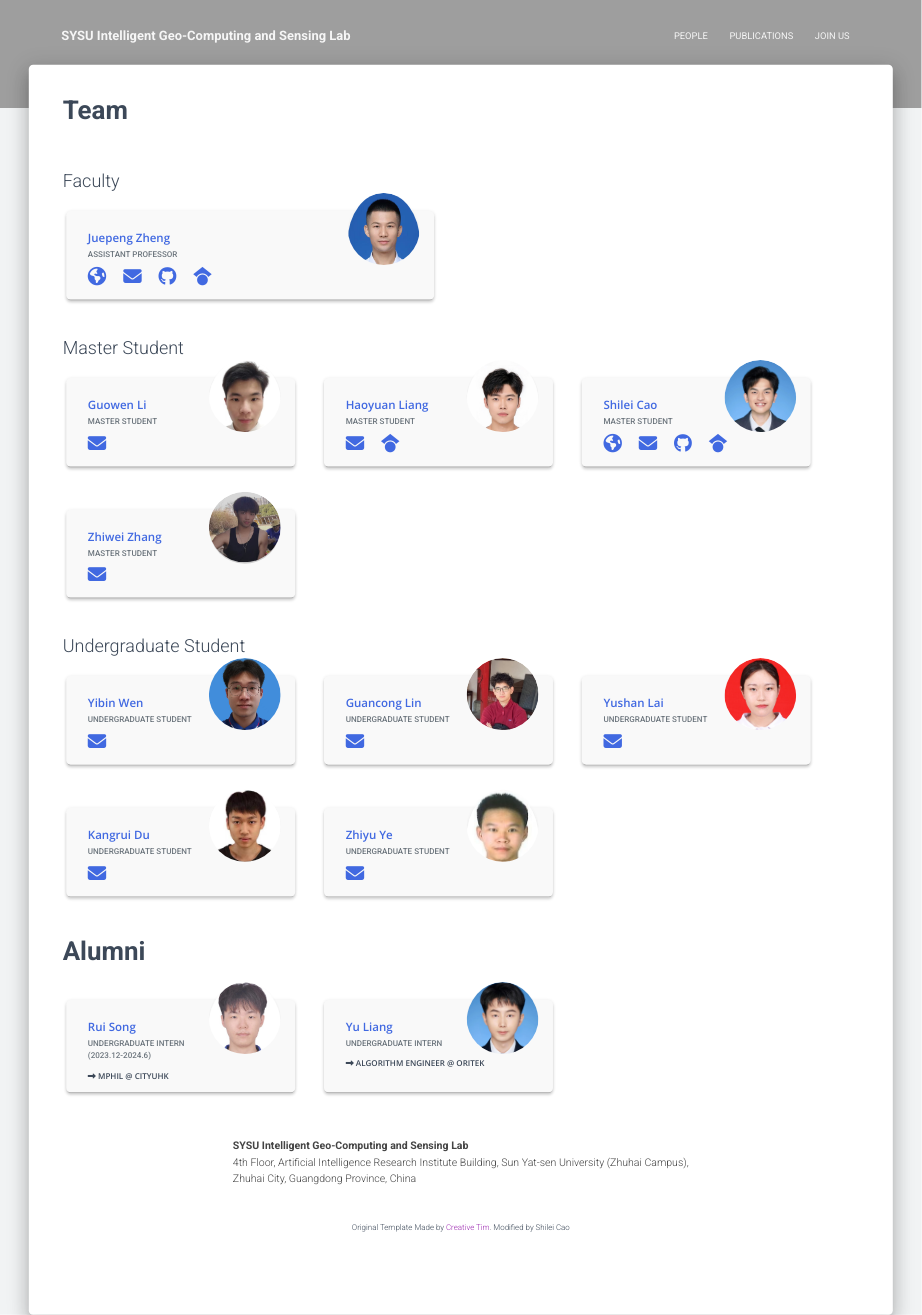
Repository: rssysu/rssysu.github.io
Page: people.html
These files come from the project's save history. The page is drawn as it stood at one moment and after the next save; the edit follows.
The browser window is 1280 px wide. The pictures show the whole page, at 72% of full size.
Pictures or frames that could not be fetched are drawn as grey boxes. Some web libraries are served in a nearby version.

Above is the page before, as saved 2025-03-18 20:39:17.

After the next save:
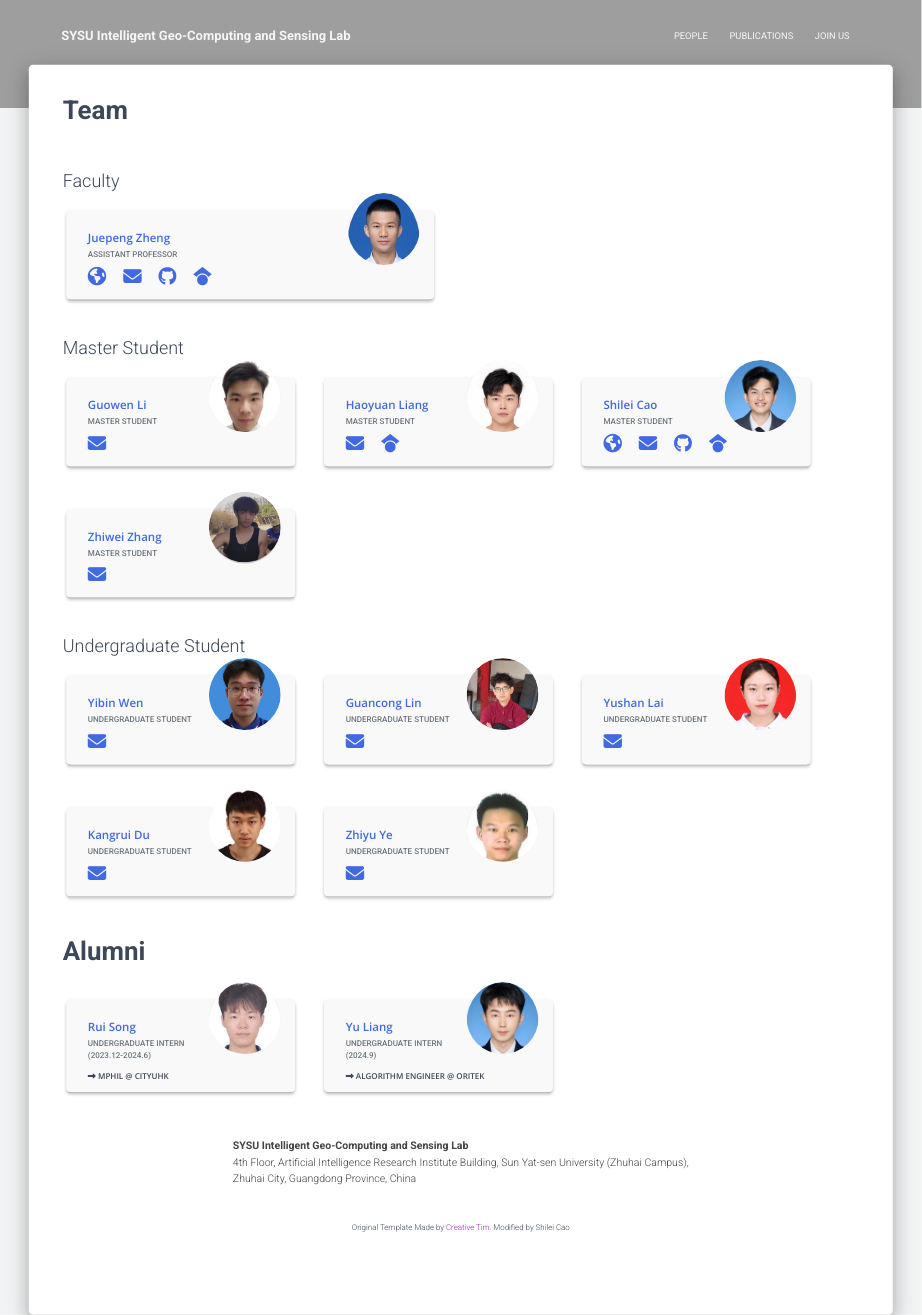
Saved 40 s later.
--- a/people.html
+++ b/people.html
@@ -250,7 +250,7 @@
                           </div>
                       </div>
                       <h4 class="card-title"> <a href="./assets/resume/ly.html" target="_blank">  Yu Liang </a> </h4>
-                      <h6 class="card-subtitle mb-2 text-muted">Undergraduate Intern </h6>
+                      <h6 class="card-subtitle mb-2 text-muted">Undergraduate Intern (2024.9) </h6>
                       <h6 class="card-title"> <i class="fa fa-long-arrow-right" aria-hidden="true"></i> Algorithm Engineer @ Oritek </h6>
                         <!-- <a href="mailto:liangy283@mail2.sysu.edu.cn" class="card-link"><i class="fa fa-envelope fa-2x" aria-hidden="true"></i></a>        -->
 
